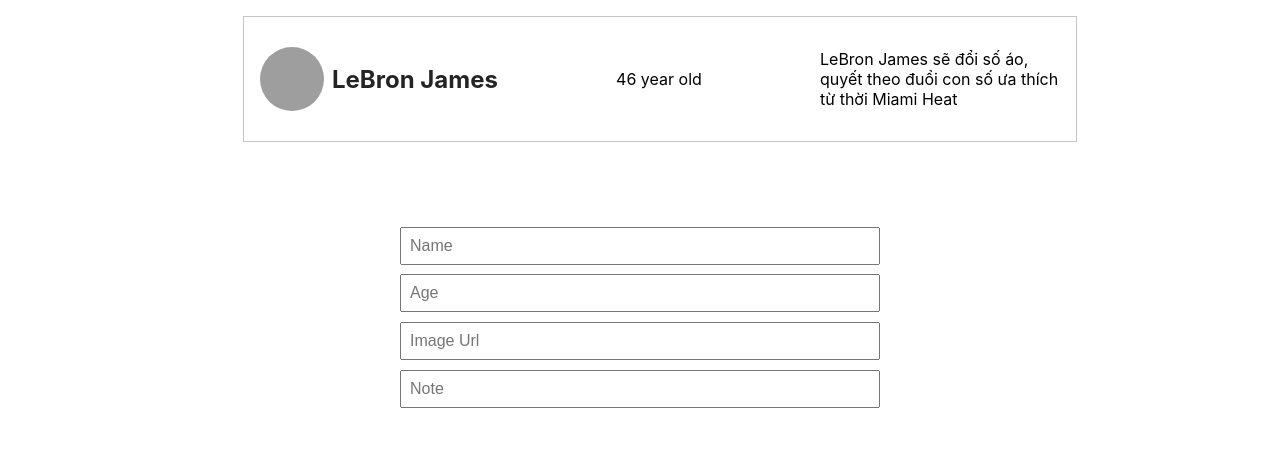
Repository: ducanhaep/ts-react-with-typescript
Page: /
An editor plug-in stored every save of this project. The page is shown before and after the next save, followed by the edit.
The browser window is 1280 px wide. The pictures show the whole page.
Pictures or frames that could not be fetched are drawn as grey boxes. The project was rebuilt for these pictures with package versions that can differ from the ones it lists, and the page was loaded fresh each time.

Above is the page before, as saved 2021-10-13 00:53:28.

After the next save:
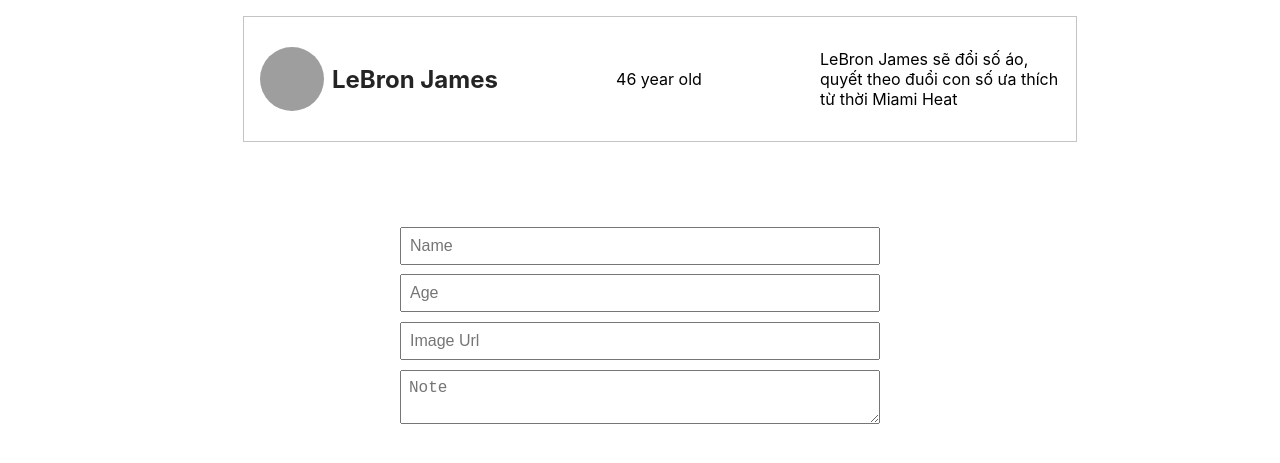
Saved 32 s later.
--- a/src/components/AddToList.tsx
+++ b/src/components/AddToList.tsx
@@ -6,7 +6,7 @@
       <input type="text" placeholder="Name" className="AddToList-input" />
       <input type="text" placeholder="Age" className="AddToList-input" />
       <input type="text" placeholder="Image Url" className="AddToList-input" />
-      <input type="text" placeholder="Note" className="AddToList-input" />
+      <textarea placeholder="Note" className="AddToList-input" />
     </div>
   );
 };
